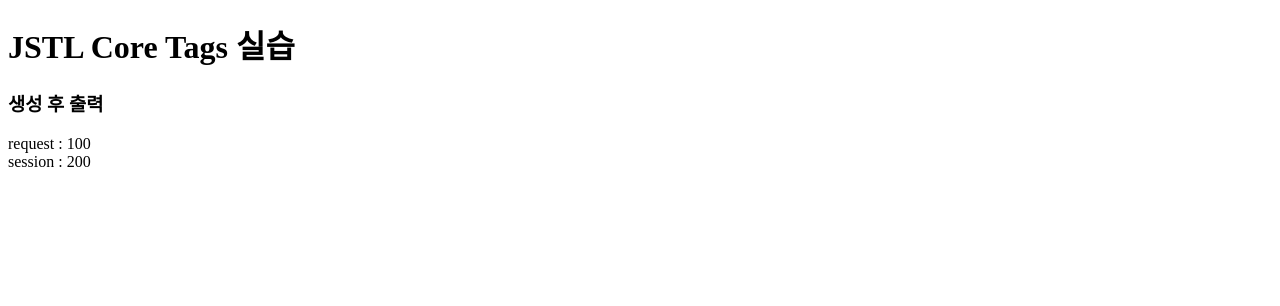
Repository: ajtwls1256/Web-workspace
Page: http://localhost/Day55-jspTag/JSTL/jsp_JSTL_Basic3.jsp
The author's editor kept a copy of each file at every save. The page is drawn from the files as they stood at one save, then again after the next save.
The browser window is 1280 px wide. The pictures show the whole page.
The page is served by Tomcat 9.

Above is the page before, as saved 2019-10-14 04:51:10.

### Day55-jspTag/WebContent/JSTL/jsp_JSTL_Basic3.jsp
<%@ page language="java" contentType="text/html; charset=UTF-8"
    pageEncoding="UTF-8"%>
        <%@ taglib uri="http://java.sun.com/jsp/jstl/core" prefix="c" %>
<!DOCTYPE html PUBLIC "-//W3C//DTD HTML 4.01 Transitional//EN" "http://www.w3.org/TR/html4/loose.dtd">
<html>
<head>
<meta http-equiv="Content-Type" content="text/html; charset=UTF-8">
<title>Insert title here</title>
</head>
<body>
	<h1>JSTL Core Tags 실습</h1>
	<c:set var="num1" value="100" scope="request"/>
	<c:set var="num1" value="200" scope="session"/>
	<h3>생성 후 출력</h3>
	request : ${requestScope.num1 }<br>
	session : ${sessionScope.num1 }<br>


</body>
</html>

After the next save:
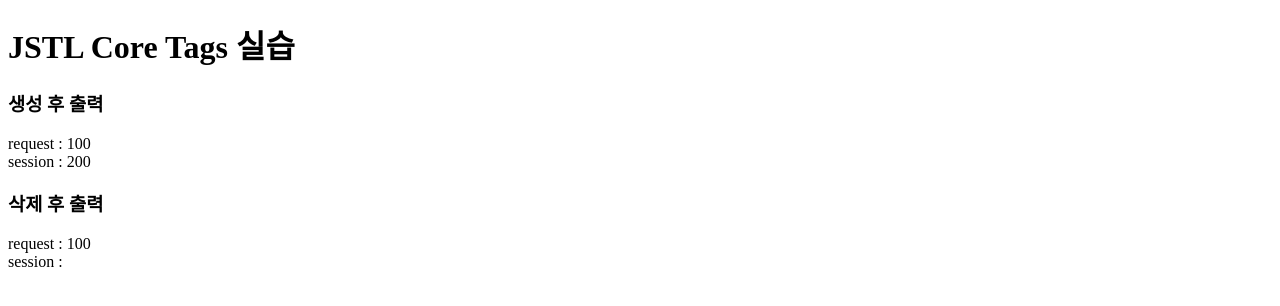
Saved 28 s later.
--- a/Day55-jspTag/WebContent/JSTL/jsp_JSTL_Basic3.jsp
+++ b/Day55-jspTag/WebContent/JSTL/jsp_JSTL_Basic3.jsp
@@ -15,6 +15,10 @@
 	request : ${requestScope.num1 }<br>
 	session : ${sessionScope.num1 }<br>
 
+	<c:remove var="num1" scope="session"/>
+	<h3>삭제 후 출력</h3>
+	request : ${requestScope.num1 }<br>
+	session : ${sessionScope.num1 }<br>
 
 </body>
 </html>
